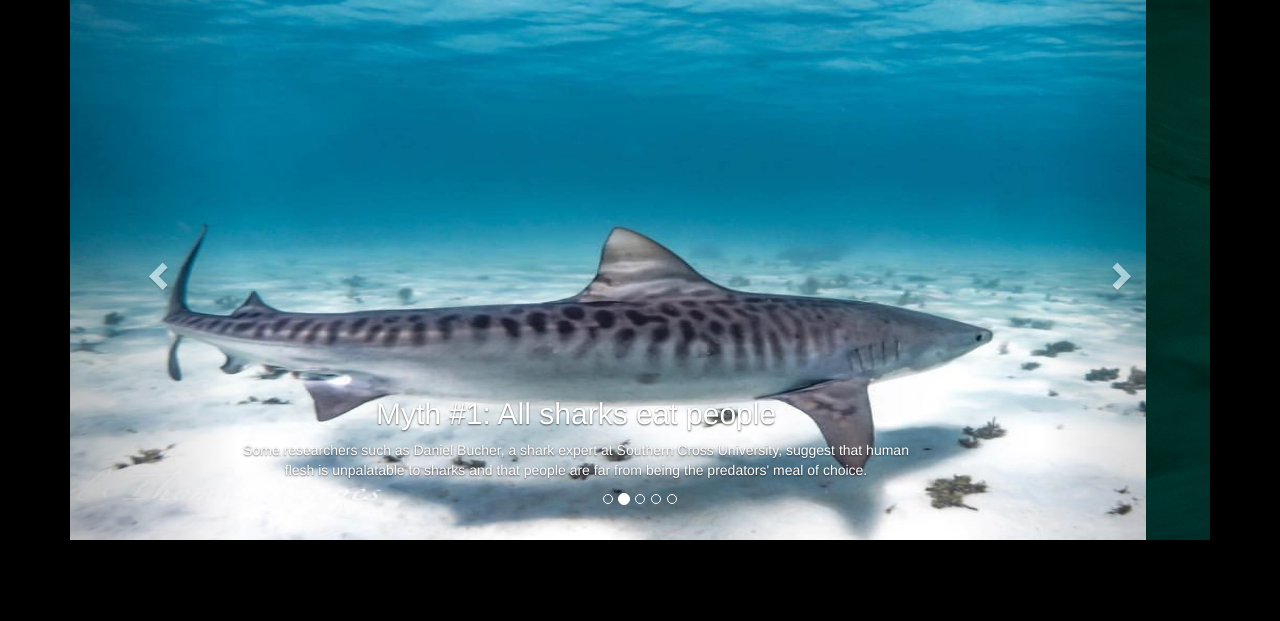
Repository: lacey-crenshaw/carousel
Page: index.html
These files come from the project's save history. The page is drawn as it stood at one moment and after the next save; the edit follows.
The browser window is 1280 px wide. The pictures show the whole page.

Above is the page before, as saved 2020-02-16 17:55:16.

### index.html
<!DOCTYPE html>
<html lang="en">

<head>
    <link rel="stylesheet" href="https://maxcdn.bootstrapcdn.com/bootstrap/3.4.1/css/bootstrap.min.css">
    <link rel="stylesheet" href="images/styles/styles.css">
    <meta charset="utf-8">
    <title>Bootstrap Carousel</title>



</head>

<body>

    <div class="container">
        <div class="row">
            <div class="col-sm-12">

                <div id="my-slider" class="carousel slide" data-ride="carousel">

                    <!-- indicators nav -->
                    <ol class="carousel-indicators">
                        <li data-target="#my-slider" data-slide-to="0" class="active"></li>
                        <li data-target="#my-slider" data-slide-to="1"></li>
                        <li data-target="#my-slider" data-slide-to="2"></li>
                        <li data-target="#my-slider" data-slide-to="3"></li>
                        <li data-target="#my-slider" data-slide-to="4"></li>
                    </ol>

                    <!-- wrapper for slides -->
                    <div class="carousel-inner" role="listbox">
                        <div class="item active">
                            <img src="images/tigerShark.jpg" alt="Black Shark">
                            <div class="carousel-caption">
                                <h2>Myth #1: All sharks eat people</h2>
                                <p>Some researchers such as Daniel Bucher, a shark expert at Southern Cross University,
                                    suggest that human flesh is unpalatable to sharks and that people are far from being
                                    the predators' meal of choice.</p>
                            </div>
                        </div>

                        <div class="item">
                            <img src="images/grayShark.jpg" alt="Gray Shark">
                            <div class="carousel-caption">
                                <h2>Myth #2: Sharks aren't clever and have tiny, walnut-size brains</h2>
                                <p>False. Sharks are actually one of the most intelligent creatures in the ocean,
                                    thanks to more than 400 million years of evolution. The animals' brain-to-body ratio
                                    is similar to that of most birds and mammals, according to a paper by Leo Demski and
                                    R. Glenn Northcutt who studied shark brain size in 1996.</p>
                            </div>
                        </div>

                        <div class="item">
                            <img src="images/whaleShark.jpg" alt="Whale Shark">
                            <div class="carousel-caption">
                                <h2>Myth #3: All sharks are big and scary, and have lots of sharp teeth</h2>
                                <p>There are more than 450 species of sharks, and they come in all shapes and sizes. The
                                    basking shark is the second largest fish in the sea, but it eats only plankton with
                                    its tremendously large mouth, which can measure more than 3 feet (0.9 m) wide.</p>
                            </div>
                        </div>

                        <div class="item">
                            <img src="images/greatWhite.jpg" alt="Great White Shark">
                            <div class="carousel-caption">
                                <h2>Myth #4: If you're attacked by a shark, you should punch it in the nose</h2>
                                <p>That's probably not a good idea. The best way to escape is to go for the shark's eye.
                                    Sharks have an eyelid-like barrier to protect them from prey thrashing around in
                                    their jaws, but it's not designed to shield from fingers.</p>
                            </div>
                        </div>

                        <div class="item">
                            <img src="images/blackShark.jpg" alt="Black Shark">
                            <div class="carousel-caption">
                                <h2>Myth #5: Nothing eats sharks</h2>
                                <p>While the largest sharks, such as tiger sharks and whale sharks, have very little to
                                    worry about from predators, the smaller sharks are not so lucky. Some shark species
                                    are incredibly small, and so they can make handy snacks for larger species. A few
                                    marine mammals, including orca whales, prey on sharks, too.</p>
                            </div>
                        </div>

                    </div>

                    <!-- controls for next and previous buttons -->
                    <a class="left carousel-control" href="#my-slider" role="button" data-slide="prev">
                        <span class="glyphicon glyphicon-chevron-left" aria-hidden="true"></span>
                        <span class="sr-only">Previous</span>
                    </a>
                    <a class="right carousel-control" href="#my-slider" role="button" data-slide="next">
                        <span class="glyphicon glyphicon-chevron-right" aria-hidden="true"></span>
                        <span class="sr-only">Next</span>
                    </a>


                </div>

            </div>
        </div>
    </div>


    <script src="https://ajax.googleapis.com/ajax/libs/jquery/3.4.1/jquery.min.js"></script>
    <script src="https://maxcdn.bootstrapcdn.com/bootstrap/3.4.1/js/bootstrap.min.js"></script>
</body>

</html>

### images/styles/styles.css
body {
    background-color: black;
}


.carousel-inner>.item>img,
.carousel-inner>.item>a>img {
    width: 100% !important;
    height: 75vh;
}

After the next save:
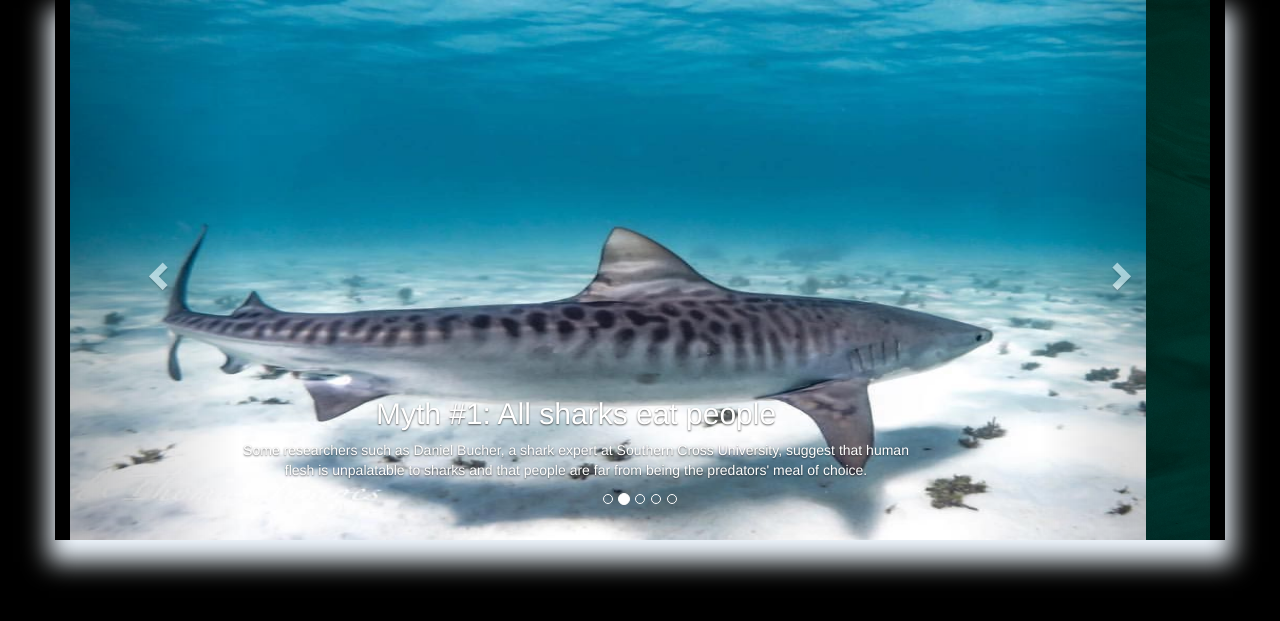
Saved 90 s later.
--- a/images/styles/styles.css
+++ b/images/styles/styles.css
@@ -2,6 +2,9 @@ body {
     background-color: black;
 }
 
+.container {
+    box-shadow: 1px 15px 24px 7px aliceblue;
+}
 
 .carousel-inner>.item>img,
 .carousel-inner>.item>a>img {
